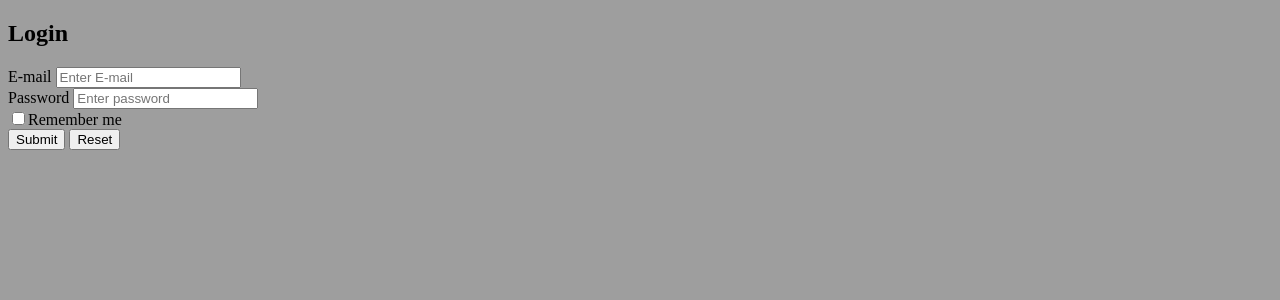
Repository: BragadeeshChandrasekar/my-bookshelf
Page: http://localhost/booksales/Login.jsp
These files come from the project's save history. The page is drawn as it stood at one moment and after the next save; the edit follows.
The browser window is 1280 px wide. The pictures show the whole page.
The page is served by Tomcat 9.

Above is the page before, as saved 2016-06-10 10:07:43.

After the next save:
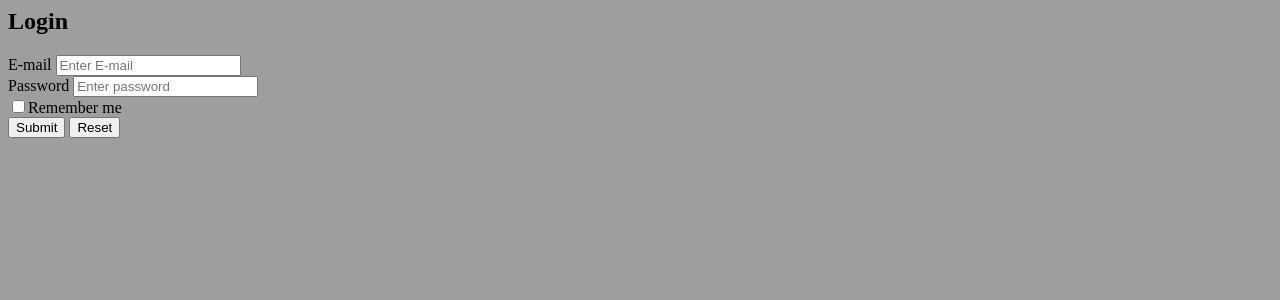
Saved 22 min 36 s later.
--- a/booksales/WebContent/Login.jsp
+++ b/booksales/WebContent/Login.jsp
@@ -1,6 +1,5 @@
 <%@ page language="java" contentType="text/html; charset=ISO-8859-1"
     pageEncoding="ISO-8859-1"%>
-<!DOCTYPE html PUBLIC "-//W3C//DTD HTML 4.01 Transitional//EN" "http://www.w3.org/TR/html4/loose.dtd">
 <html>
 <head>
 <meta http-equiv="Content-Type" content="IE=edge; charset=UTF-8">
